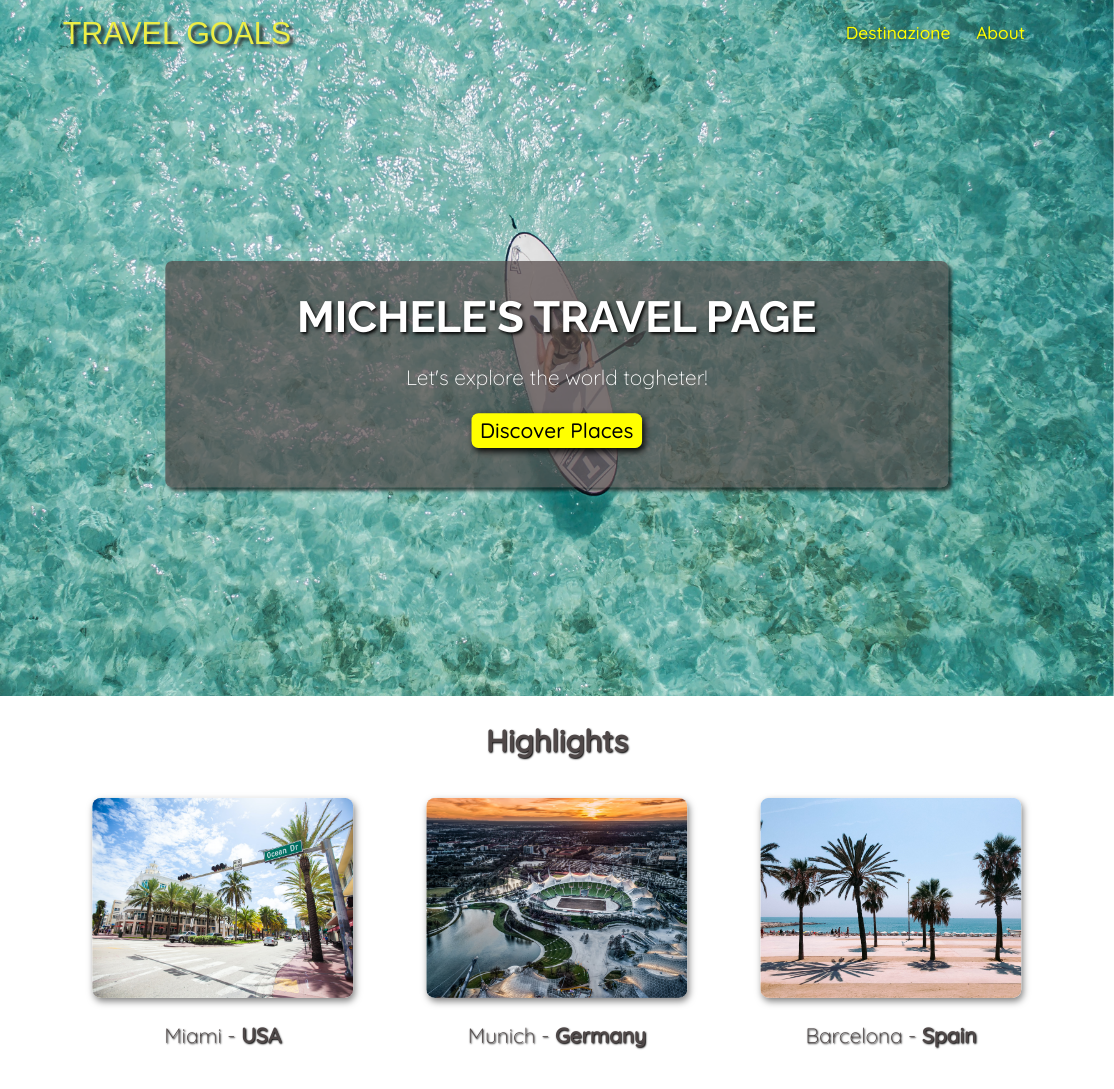
Repository: MicTomm/Travel-Goals
Page: index.html
The author's editor kept a copy of each file at every save. The page is drawn from the files as they stood at one save, then again after the next save.
The browser window is 1280 px wide. The pictures show the whole page, at 87% of full size.
Some web fonts or font styles are not loaded; a fallback is used.

Above is the page before, as saved 2023-06-05 18:29:18.

After the next save:
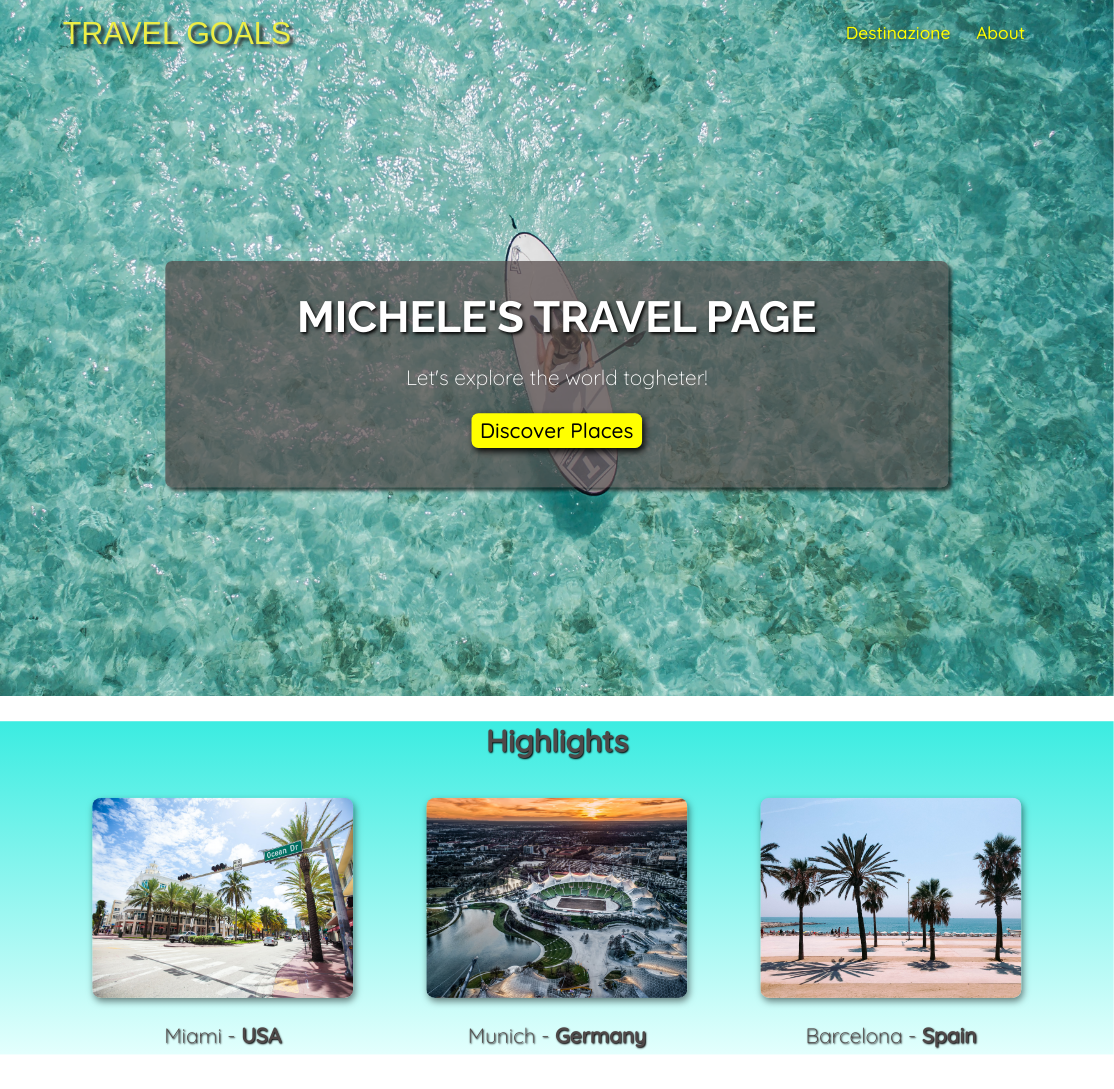
Saved 2 days later.
--- a/styles/main-page-style.css
+++ b/styles/main-page-style.css
@@ -51,6 +51,7 @@
 
 #highlights{
     text-align: center;
+    background: linear-gradient(0deg, rgb(227, 255, 253), rgb(59, 236, 225));
 }
 
 #highlights ul{
@@ -76,11 +77,6 @@
     object-fit: cover;
 }
 
-.destination{
-    width: 300px;
-    height: 230px;
-}
-
 #highlights h2{
     font-size: 35px;
     text-shadow: 1px 1px 2px black;
@@ -93,3 +89,8 @@
     font-size: 24px;
     font-weight: 300;
 }
+
+.destination{
+    width: 300px;
+    height: 230px;
+}
